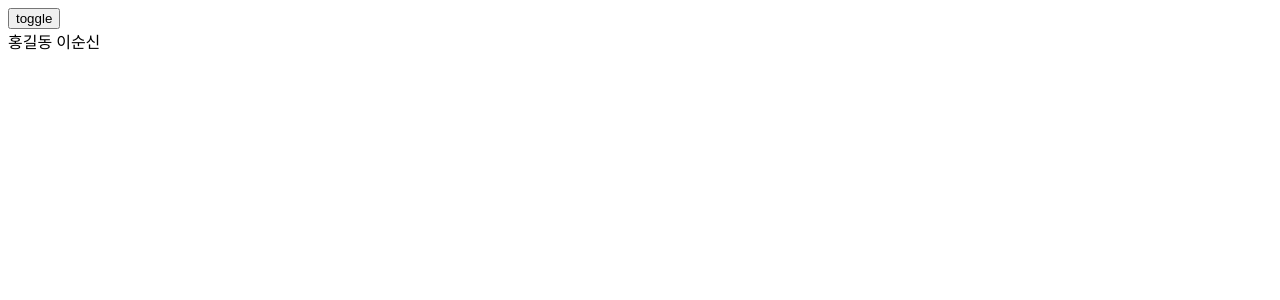
Repository: velSeon/Jsp_study
Page: workshop8/WebContent/ajax.html
These files come from the project's save history. The page is drawn as it stood at one moment and after the next save; the edit follows.
The browser window is 1280 px wide. The pictures show the whole page.

Above is the page before, as saved 2020-10-05 05:31:37.
Console error: ReferenceError: $ is not defined

After the next save:
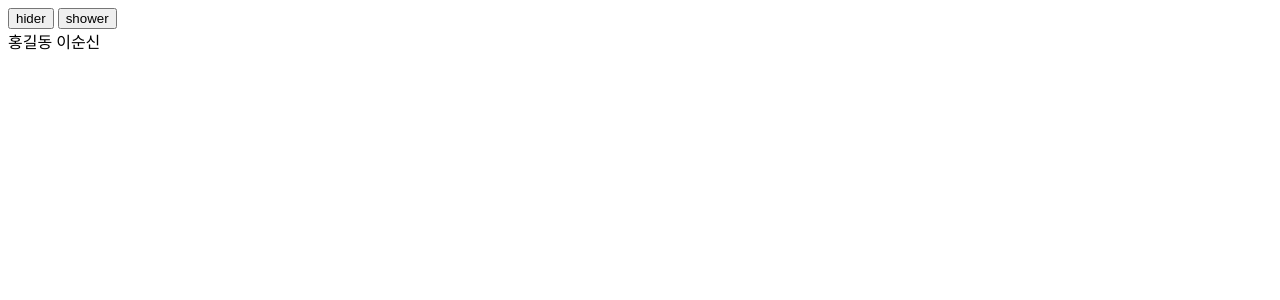
Saved 82 s later.
--- a/workshop8/WebContent/ajax.html
+++ b/workshop8/WebContent/ajax.html
@@ -12,7 +12,8 @@ $(document).ready(function(){
 </script>
 </head>
 <body>
-<button id="toggler">toggle</button>
+<button id="hider">hider</button>
+<button id="shower">shower</button>
 <div>
 <span>홍길동</span> <span>이순신</span>
 </div>
